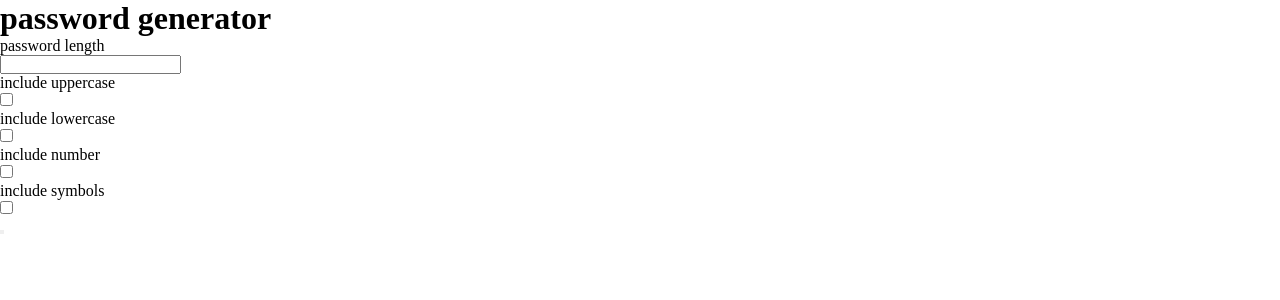
Repository: Eugene44-hub/password-generator
Page: index.html
The author's editor kept a copy of each file at every save. The page is drawn from the files as they stood at one save, then again after the next save.
The browser window is 1280 px wide. The pictures show the whole page.

Above is the page before, as saved 2021-09-23 10:20:34.

### index.html
<!DOCTYPE html>
<html lang="en">

<head>
    <meta charset="UTF-8">
    <meta http-equiv="X-UA-Compatible" content="IE=edge">
    <meta name="viewport" content="width=device-width, initial-scale=1.0">
    <title>Document</title>
    <link rel="stylesheet" href="style.css">
</head>

<body>
    <div class="passwordGenerator">
        <h1>password generator</h1>
        <div class="password">

        </div>
        <div class="select-options">
            <p>password length</p>
            <input type="number">
            <p>include uppercase</p><input type="checkbox" id="uppercase">
            <p>include lowercase</p><input type="checkbox" id="lowercase">
            <p>include number</p><input type="checkbox" id="number">
            <p>include symbols</p><input type="checkbox" id="symbol">
        </div>
        <button id="generate-password"></button>
    </div>
    <script src="app.js"></script>
</body>

</html>

</html>

### app.js
// document.querySelector('.password').addEventListener('', e => {})
// console.log(String.fromCharCode())

const person = {
    name: 'Eugene',
    type: true,
    greeting: 'Hello'
}
let x = [{ lower: true }, { upper: false }, { number: true }, { symbol: true }];

// const rand = {
//     lower: true,
//     upper: true,
//     number: false,
//     symbol: true,
// }

// const functName =
//     console.log()

Loaded but not shown: style.css (common file)

After the next save:
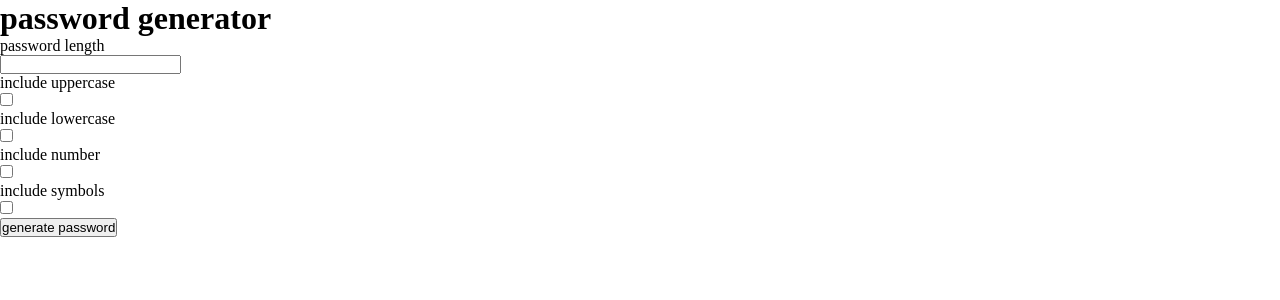
Saved 21 s later.
--- a/index.html
+++ b/index.html
@@ -23,7 +23,7 @@
             <p>include number</p><input type="checkbox" id="number">
             <p>include symbols</p><input type="checkbox" id="symbol">
         </div>
-        <button id="generate-password"></button>
+        <button id="generate-password">generate password</button>
     </div>
     <script src="app.js"></script>
 </body>
